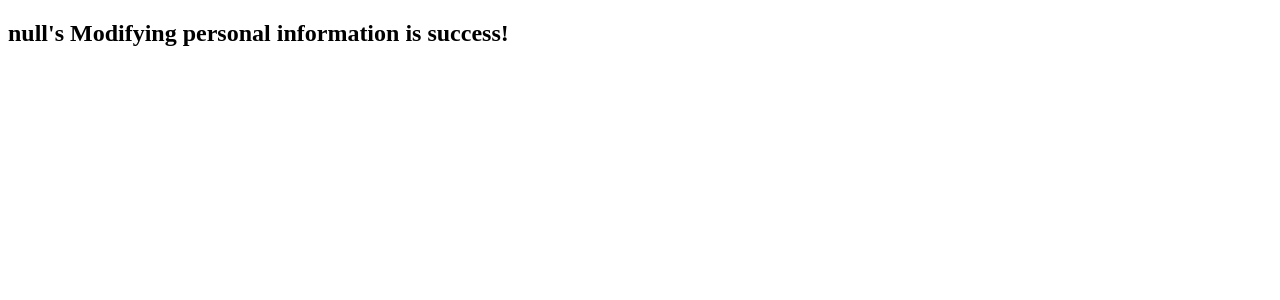
Repository: MIR013/KNU_DB_Project_Team5
Page: http://localhost/Databaase/update_success.jsp
These files come from the project's save history. The page is drawn as it stood at one moment and after the next save; the edit follows.
The browser window is 1280 px wide. The pictures show the whole page.
The page is served by Tomcat 9.

Above is the page before, as saved 2018-11-15 10:54:04.

After the next save:
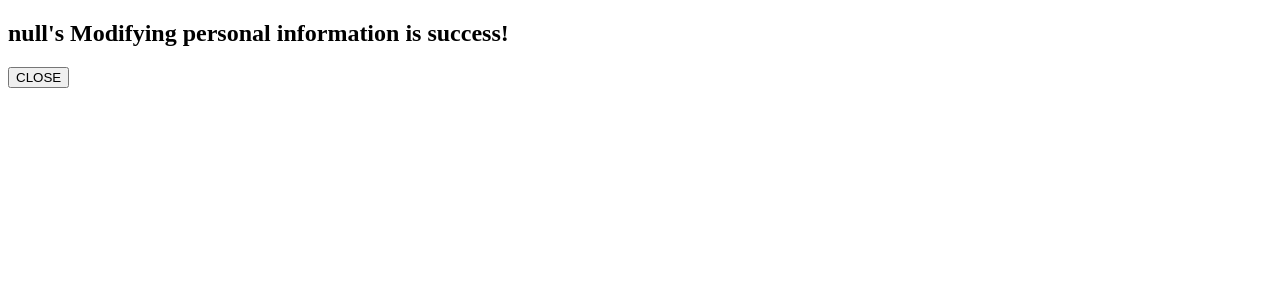
Saved 10 min 35 s later.
--- a/dbphase/Databaase/WebContent/update_success.jsp
+++ b/dbphase/Databaase/WebContent/update_success.jsp
@@ -11,6 +11,11 @@
 	String adm = (String)session.getAttribute("signedUser");
 	out.print("<h2>" + adm + "'s Modifying personal information is success! " + "</h2>");
 
+	String nextpage = "<form action=\"my_page.jsp\" method=\"POST\">" +
+			"<input type=\"submit\" value=\"CLOSE\"/>" +
+			"</form>";
+	out.print(nextpage);
+
 %>
 </body>
 </html>
